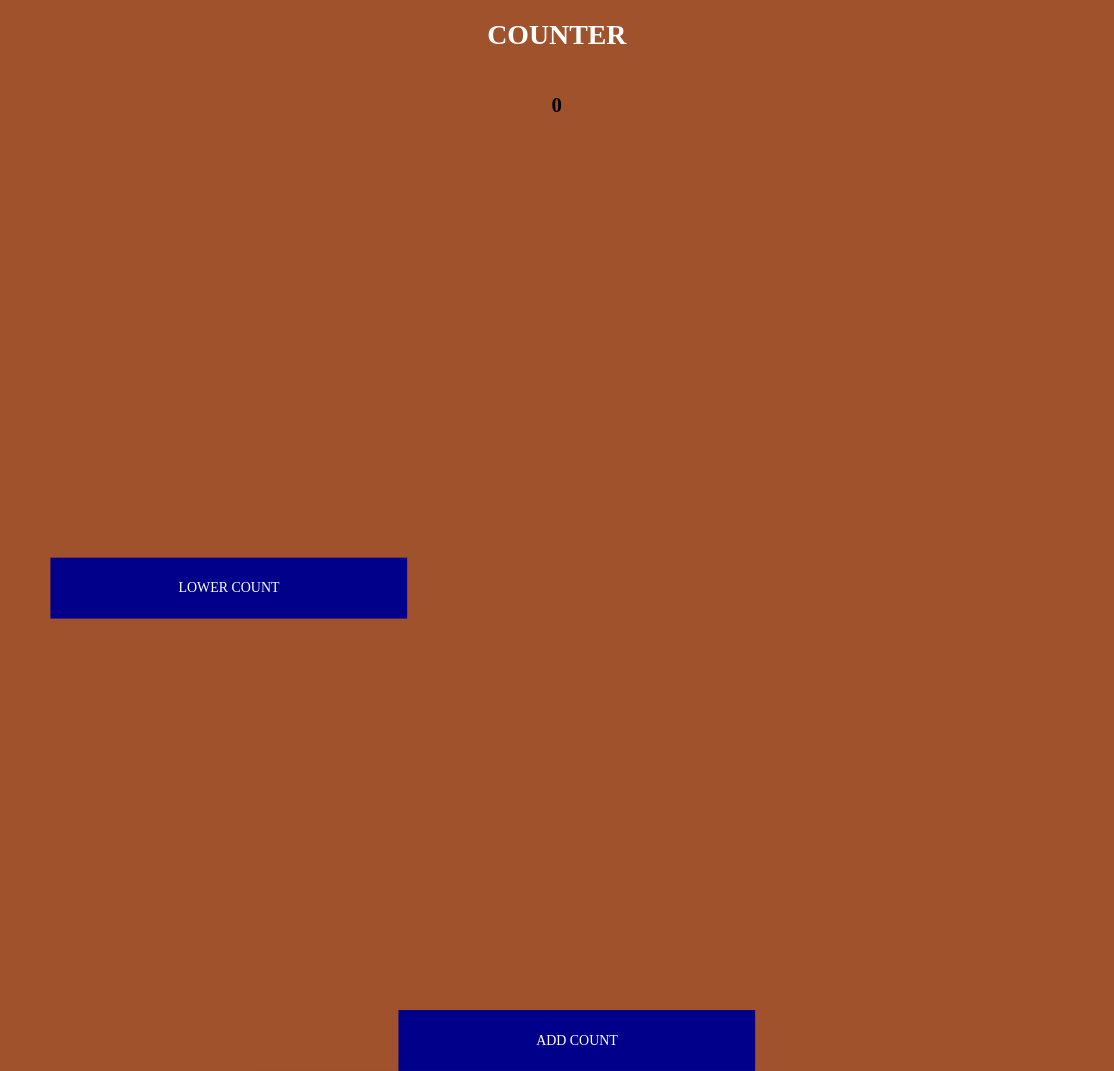
Repository: Seryozha02/Calculator
Page: calculator.html
The author's editor kept a copy of each file at every save. The page is drawn from the files as they stood at one save, then again after a run of saves.
The browser window is 1280 px wide. The pictures show the whole page, at 87% of full size.

Above is the page before, as saved 2022-02-14 17:07:46.

### calculator.html
<!DOCTYPE html>
<html lang="en">

<head>
    <meta charset="UTF-8">
    <meta http-equiv="X-UA-Compatible" content="IE=edge">
    <meta name="viewport" content="width=4, initial-scale=1.0">
    <link rel="stylesheet" href="./calculator.css">
    <title>Calculator</title>
</head>

<body>
    <div class="header">
    <h1>COUNTER</h1>
    <strong><h2>0</h2></strong>
    <br><br>
</div>
    <div class="row">
        <div class="column1">
            <div class="card">
                <p><i class="fa fa-user"></i></p>
                <p>LOWER COUNT</p>
            </div>
        </div>

        <div class="column2">
            <div class="card">
                <p><i class="fa fa-smile-o"></i></p>
                <p>ADD COUNT</p>
            </div>
        </div>
    </div>
</body>
<script src="./calculator.js"></script>
</body>

</html>

### calculator.css
h1 {
    color: white;
    margin-top: ;
}
html{
    background-color: sienna;
}

h2{
    margin-top: 50px;
}
.header{

}

* {
    box-sizing: border-box;
}

body {
    text-align: center;
}

/* Float columns */
.column1 {
    float: left;
    width: 33%;
    padding: 0 5px;
    margin-top: 450px;
    margin-left: 50px;
}

.row {
    margin: 0 -5px;
}

.row:after {
    content: "";
    display: table;
}


.column2 {
    float: left;
    width: 33%;
    padding: 0 5px;
    margin-left: 450px;
    margin-top: 450px;
}

.row {
    margin: 0 -5px;
}

.row:after {
    content: "";
    display: table;
}

/* Style the cards */
.card {
    padding: 10px;
    text-align: center;
    background-color: darkblue;
    color: white;
    }

.card:hover {
    transform: scale(1.1);
    background-color: black;
    transition-duration: 2s;
    color: white;
}
      */
/* .fa {
    font-size: 50px;
}

Loaded but not shown: calculator.js (no copy from this time; the picture is the same without it)

After the next 7 saves:
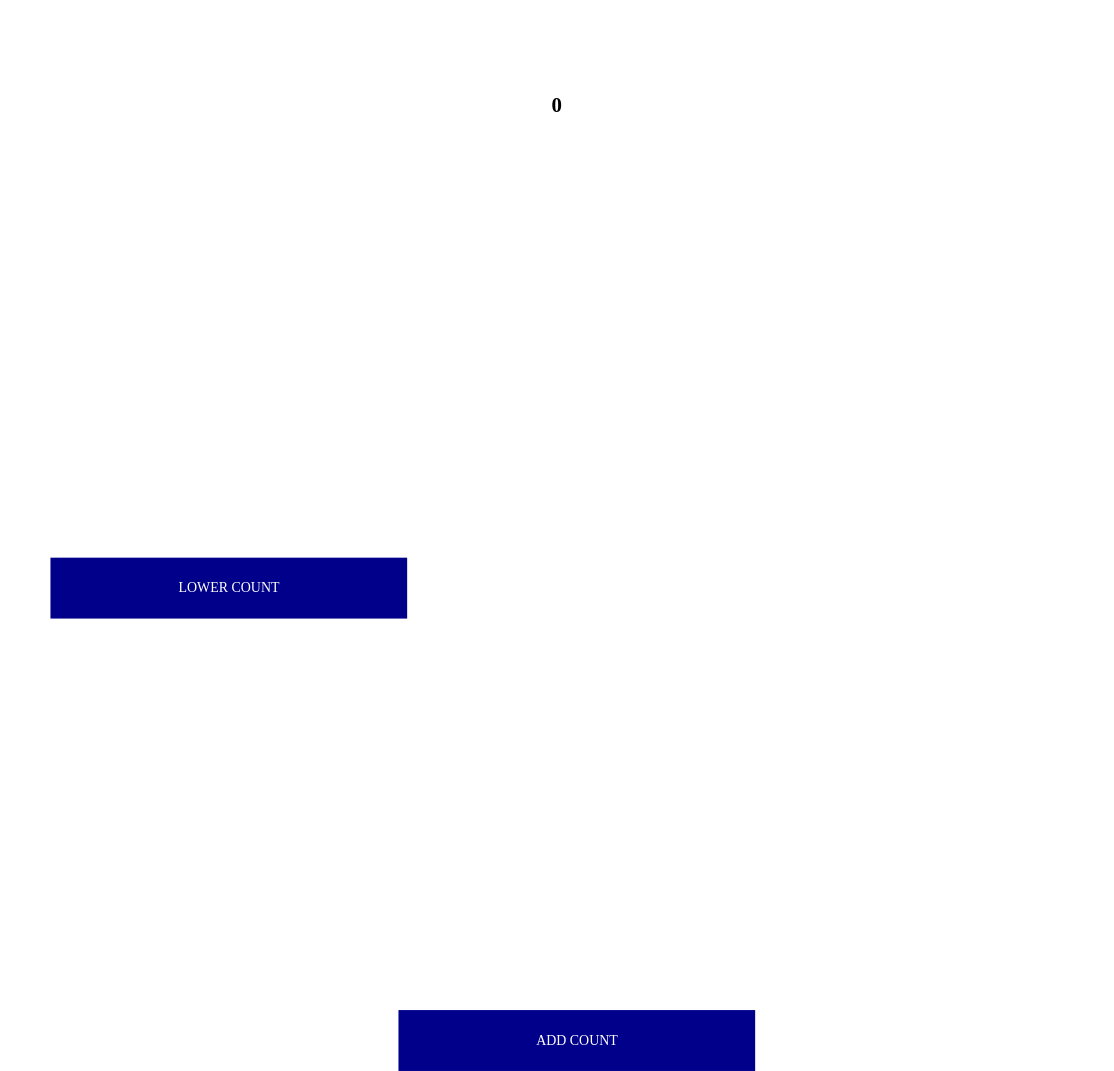
The 7 saves are shown as one change because they came seconds apart.
The last was saved 33 s later.
--- a/calculator.css
+++ b/calculator.css
@@ -3,7 +3,7 @@ h1 {
     margin-top: ;
 }
 html{
-    background-color: sienna;
+    background-color:;
 }
 
 h2{
